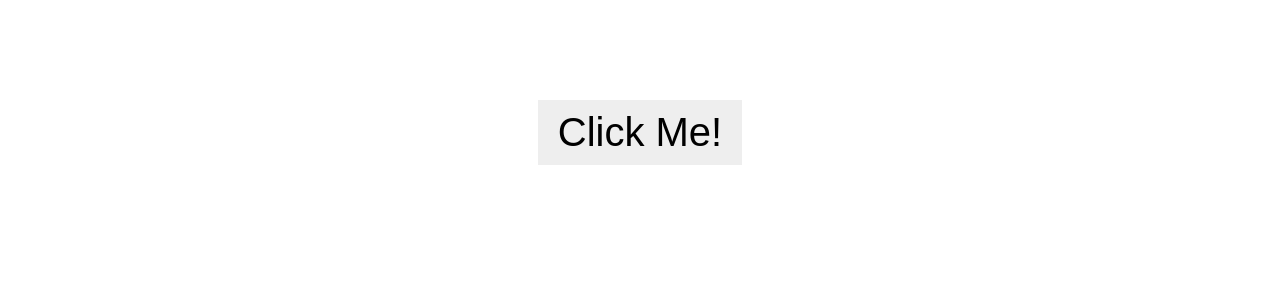
Repository: sayco/CSS-Front-End-Tutorials---Elzero
Page: 4-Create Tooltip In All Positions/index.html
An editor plug-in stored every save of this project. The page is shown before and after the next save, followed by the edit.
The browser window is 1280 px wide. The pictures show the whole page.

Above is the page before, as saved 2021-06-14 23:36:57.

### 4-Create Tooltip In All Positions/index.html
<!DOCTYPE html>
<html lang="en">
<head>
    <meta charset="UTF-8">
    <meta http-equiv="X-UA-Compatible" content="IE=edge">
    <meta name="viewport" content="width=device-width, initial-scale=1.0">
    <title>Create Tooltip In All Positions</title>
    <link rel="stylesheet" href="style.css">
</head>
<body>
    <button>
        Click Me!
        <span>This is the most valuable button</span>
    </button>
</body>
</html>

### 4-Create Tooltip In All Positions/style.css
*
{
    box-sizing: border-box;
    margin: 0px;
    padding: 0px;
}

body
{
    font-family: Arial, Helvetica, sans-serif;
    line-height: 1.4;
}

button
{
    margin: 100px auto;
    padding: 10px 20px;
    display: block;
    background-color: #eee;
    border: none;
    cursor: pointer;
    position: relative;
    font-size: 40px;
    overflow: hidden;
}

button span
{
    background-color: #333;
    color: white;
    position: absolute;
    left: 50%;
    transform: translateX(-50%);
    font-size: 18px;
    min-width: 240px;
    padding: 10px 15px;
    top: -50px;
    transition: .6s;
    opacity: 0;
}

button:hover span
{
    opacity: 1;
    overflow:visible;
}

After the next save:
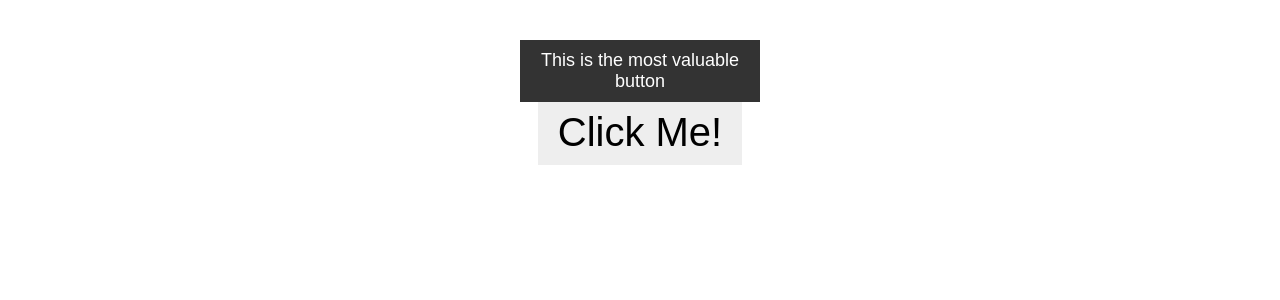
Saved 2 min 59 s later.
--- a/4-Create Tooltip In All Positions/style.css
+++ b/4-Create Tooltip In All Positions/style.css
@@ -21,7 +21,6 @@
     cursor: pointer;
     position: relative;
     font-size: 40px;
-    overflow: hidden;
 }
 
 button span
@@ -34,13 +33,6 @@
     font-size: 18px;
     min-width: 240px;
     padding: 10px 15px;
-    top: -50px;
+    top: -60px;
     transition: .6s;
-    opacity: 0;
 }
-
-button:hover span
-{
-    opacity: 1;
-    overflow:visible;
-}

After the save that followed:
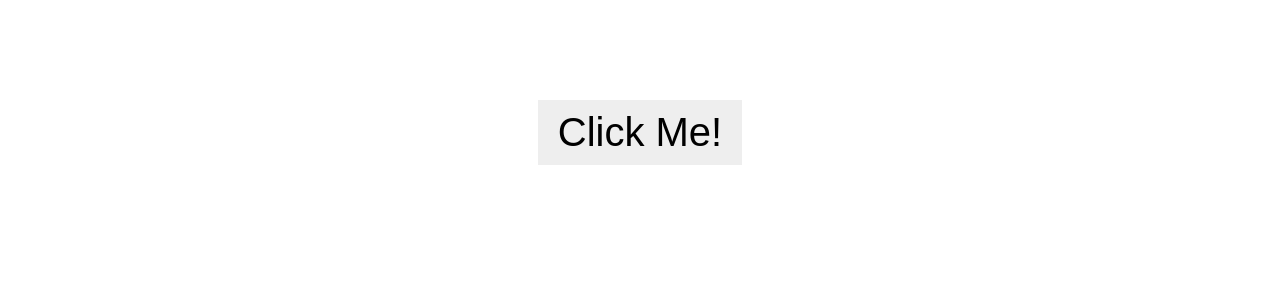
Saved 5 s later.
--- a/4-Create Tooltip In All Positions/style.css
+++ b/4-Create Tooltip In All Positions/style.css
@@ -35,4 +35,5 @@
     padding: 10px 15px;
     top: -60px;
     transition: .6s;
+    opacity: 0;;
 }
